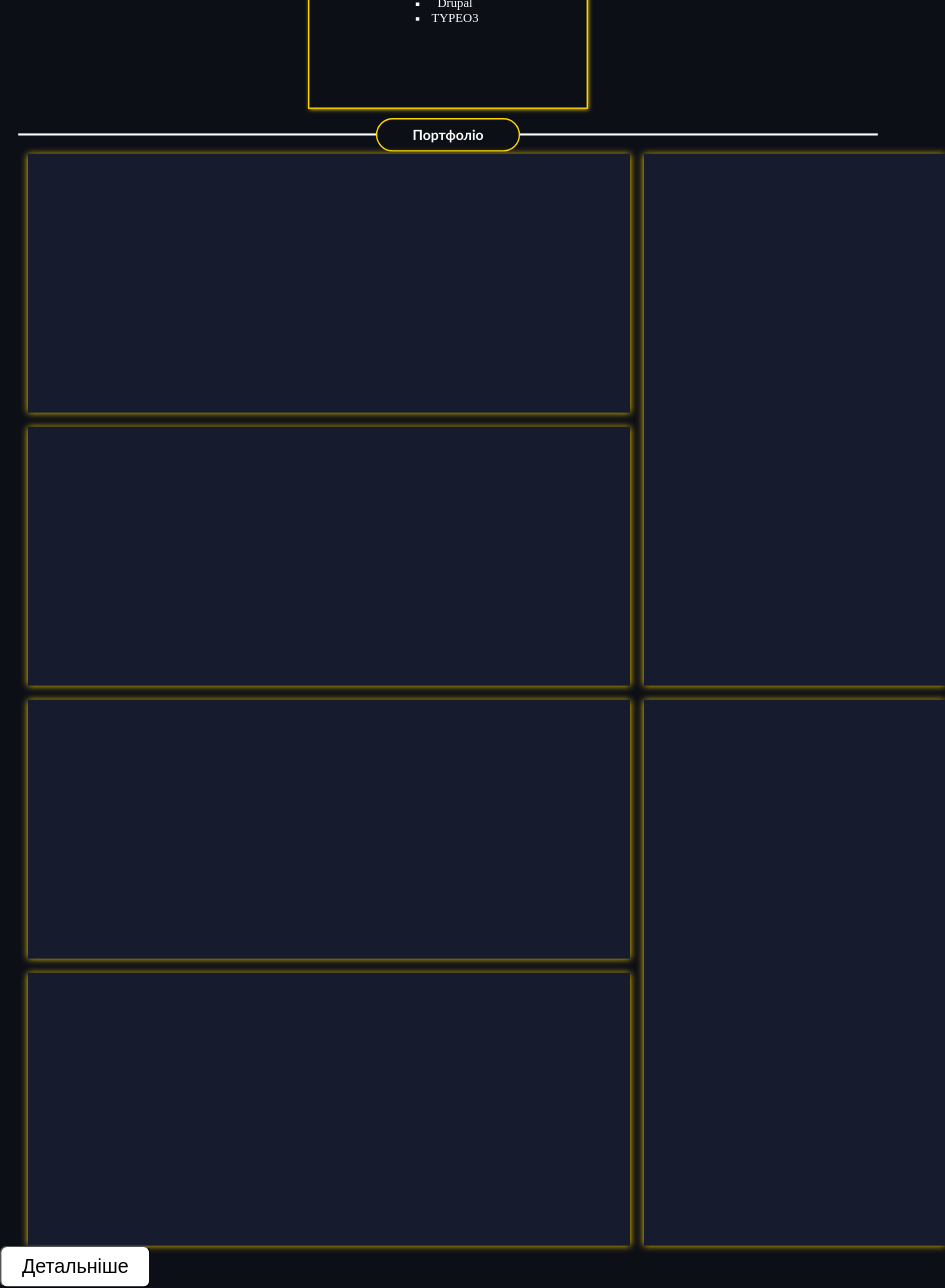
Repository: qtqqrdy13/cv-2
Page: index.html
An editor plug-in stored every save of this project. The page is shown before and after the next save, followed by the edit.
The browser window is 1280 px wide. The page is 1350 px wide, so the pictures cover 1350 px, including what lies to the right of the window. The pictures show the part of the page from y = 2761 to 4601 px (the page is 4601 px tall), at 70% of full size.

Above is the page before, as saved 2023-10-09 18:02:01.

### index.html
<!DOCTYPE html>
<html lang="en">

<head>
    <link rel="stylesheet" href="main.css">
    <meta charset="UTF-8">
    <meta name="viewport" content="width=device-width, initial-scale=1.0">
    <title>Батуров Олексій</title>
</head>

<body>
    <!--Navigation-->
    <header>
        <div class="logo">
            <img src="../My-CV Леша/image/media/logo.png" alt="logo">
        </div>
        <nav>
            <ul>
                <li><a href="">Головна</a></li>
                <li><a href="#about">Про мене</a></li>
                <li><a href="#skills">Мої скіли</a></li>
                <li><a href="#portfolio">Портфоліо</a></li>
                <li><a href="">Контакти</a></li>
            </ul>
        </nav>
    </header>
    <!--Navigation-->

    <!--Two images-->
    <div class="container-top">
        <div class="img-container">
            <img class="img-1" src="../cv 2/image/code.gif" alt="">
            <img class="img-2" src="../cv 2/image/photo_2023-09-09_18-51-06.jpg" alt="">
        </div>
        <!--Two images-->

        <!--About Oleksiy-->
        <div class="container-text">
            <div id="about"></div>
            <div class="text-block">
                <h1>Олексій Батуров</h1>
            </div>
        </div>
    </div>
    <div class="description">
        <p>Я професіонал, чия пристрасть до веб-розробки
            помітна в кожному рядку коду, який я створюю.
            За час моєї практики я набув глибоких знань у
            різних галузях веб-технологій, включаючи HTML,
            CSS, JavaScript, а також популярні фреймворки
            та бібліотеки. Мої навички дозволяють мені
            створювати унікальні та сучасні веб-сайти,
            які поєднують у собі функціональність, стиль
            та оптимальну продуктивність. </p>
    </div>
    <!--About Oleksiy-->

    <!--Edge-->
    <div id="about_us">
        <div class="announcement">
            <h2 class="title">
                Скіли
            </h2>
        </div>
    </div>
    <!--Edge-->

    <!--Skills-->
    <div class="container">
        <div id="skills"></div>
        <div class="row">
            <div class="block">
                <h2>Скіли Дизайнера</h2>
                <div class="content">
                    <ul>
                        <li>Figma</li>
                        <li>Photoshop</li>
                        <li>Illustrator</li>
                        <li>Scratch</li>
                        <li>AdobeXD</li>
                        <li>Corel Draw</li>
                    </ul>
                </div>
            </div>
            <div class="block">
                <h2>Скіли Front-End розробника</h2>
                <div class="content">
                    <ul>
                        <li>HTML</li>
                        <li>CSS</li>
                        <li>JavaScript</li>
                        <li>ReactJS</li>
                        <li>ReactNative</li>
                        <li>AngularJS</li>
                        <li>NodeJS</li>
                        <li>VueJS</li>
                        <li>JQuerry</li>
                        <li>TypeScript</li>
                        <li>PHPMyAdmin</li>
                    </ul>
                </div>
            </div>
            <div class="block">
                <h2>Володіння CMS - платформами</h2>
                <div class="content">
                    <ul>
                        <li>WordPress</li>
                        <li>OpenCard</li>
                        <li>Joomla</li>
                        <li>Drupal</li>
                        <li>TYPEO3</li>
                    </ul>
                </div>
            </div>
        </div>
    </div>
    <!--Skills-->

    <!--Edge-->
    <div id="about_us">
        <div class="announcement">
            <h2 class="title">
                Портфоліо
            </h2>
        </div>
    </div>
    <!--Edge-->

    <!--Portfolio-->
    <div class="angry-grid">
        <div id="portfolio"></div>

        <div id="item-0">&nbsp;</div>
        <div id="item-1">&nbsp;</div>
        <div id="item-2">&nbsp;</div>
        <div id="item-3">&nbsp;</div>
        <div id="item-4">&nbsp;</div>
        <div id="item-5">&nbsp;</div>

    </div>
    <button class="details_btn">Детальніше</button>
    <!--Portfolio-->


</body>

</html>

### main.css
body {
    background-color: #0d0f17;
    margin: 0;
    padding: 0;

}
/*Navigation*/
header {
    background-color: #161C2E;
    color: white;
    padding: 10px 0px;
    position: fixed;
    top: 0;
    width: 100%;
    display: flex;
    justify-content: space-between;
    align-items: center;
    z-index: 1000;
}

.logo img {
    height: 50px;
    margin-left: 50px;
}

nav ul {
    list-style: none;
    margin-right: 50px;
}

nav li {
    display: inline;
    margin-right: 50px;
}

nav a {
    text-decoration: none;
    color: white;
    font-weight: bold;
    font-size: 18px;
}

nav a:hover {
    color: gold;
    font-size: 24px;
    text-shadow: 0 0 10px gold;


}
/*Two images*/
.container-top {
    display: flex;
    flex-direction: column;
    align-items: center;
    width: 100%;
    overflow: visible;
    position: relative;
}

.img-container {
    width: 100%;
    max-width: 100vw;
    position: relative;
    overflow: visible;
    order: 1;
}

.img-1 {
    width: 100%;
    height: 500px;
    position: relative;
    animation: slideUp 2s ease-in-out infinite alternate;
}

.img-2 {
    width: 400px;
    height: 400px;
    max-width: 100%;
    position: absolute;
    top: calc(60% + 10%);
    ;
    left: 50%;
    transform: translateX(-50%);
    z-index: 2;
    border-radius: 50%;
}

@keyframes slideUp {
    0% {
        transform: translateY(0);
    }

    100% {
        transform: translateY(-20px);
    }
}

@media screen and(max-width: 768px) {
    .container {
        padding: 2px;
    }

    .img-1,
    .img-2 {
        height: auto;
    }
}
/*About Oleksiy*/
.container-text {
    display: flex;
    flex-direction: column;
    align-items: center;
    justify-content: center;
    height: 100vh;
    order: 2;
}

.text-block {
    width: 400px;
    height: 214px;
    font-size: 60px;
    text-align: center;
    color: white;
    animation: fadeIn 2s ease-in-out;
    margin: 0 auto;
}

.description {
    width: 700px;
    height: 256px;
    text-align: center;
    color: white;
    animation: slideIn 2s ease-in-out;
    margin: 0 auto;
    margin-bottom: 10%;
}

@keyframes fadeIn {
    0% {
        opacity: 0;
    }

    100% {
        opacity: 1;
    }
}

@keyframes slideIn {
    0% {
        transform: translateY(-20px);
        opacity: 0;
    }

    100% {
        transform: translateY(0);
        opacity: 1;
    }
}

/* Адаптация для мелких скринов */
@media (max-width: 600px) {
    .text-block {
        font-size: 36px;
    }

    .description {
        font-size: 18px;
    }
}

/* Адаптация для планшей */
@media (min-width: 601px) and (max-width: 1024px) {
    .text-block {
        font-size: 48px;
    }

    .description {
        font-size: 24px;
    }
}

@media (min-width: 1025px) {
    .text-block {
        font-size: 72px;
    }

    .description {
        font-size: 30px;
    }
}
/*Edge*/
.announcement {
    height: 3px;
    background-color: white;
    display: flex;
    justify-content: center;
    align-items: center;
    margin: 2% 2%;
}

.title {
    animation-name: fade-in;
    animation-duration: 0.3s;
    text-align: center;
    text-decoration: none;
    color: white;
    border: 2px solid gold;
    background-color: #0d0f17;
    border-radius: 30px;
    padding: 10px 50px;
}

.title:hover {

    color: gold;
    font-size: 26px;
    box-shadow: 0 0 6px gold;
}

@keyframes fade-in {
    from {
        opacity: 0;
    }

    to {
        opacity: 1;
    }
}
/*Skills*/
.container {
    display: flex;
    flex-direction: column;
    align-items: center;
}

.row {
    display: flex;
    flex-wrap: wrap;
    justify-content: space-between;
}

.block {
    border: 2px solid gold;
    margin: 10px;
    padding: 20px;
    animation: fade-in 1s ease-in-out;
    width: calc(50% - 20px);
    height: 400px;
    box-shadow: 1px 1px 6px gold;
    text-align: center;
    box-sizing: border-box;
    display: flex;
    flex-direction: column;
    justify-content: flex-start;
    align-items: center;
}

.block:hover {
    box-shadow: 2px 2px 12px gold;
}

h2 {
    font-size: 20px;
    font-family: 'Trebuchet MS', 'Lucida Sans Unicode', 'Lucida Grande', 'Lucida Sans', Arial, sans-serif;
    margin-top: 10px 0 0 0;
    color: white;
}

.content {
    display: flex;
    flex-direction: column;
    align-items: center;
    justify-content: center;
    height: 100%;
}

.content ul {
    list-style-type: square;
    padding-left: 20px;
    margin: 0;
}

h2:hover {
    font-size: 21px;
    text-shadow: 0px 0px 12px white;
}

.content li {
    font-size: 18px;
    color: white;
}

.content li:hover {
    font-size: 19px;
    text-shadow: 0px 0px 12px white;
}

@keyframes fade-in {
    0% {
        opacity: 0;
    }

    100% {
        opacity: 1;
    }
}

@media screen and (max-width: 1024px) {
    .block {
        padding: 10px;
        width: calc(50% - 20px);
        height: 250px;
    }

    .block h2 {
        font-size: 18px;
    }

    .content li {
        font-size: 16px;
    }
}

@media screen and (max-width: 750px) {
    .block {
        padding: 10px;
        width: calc(50% - 20px);
        height: 200px;
    }

    .block h2 {
        font-size: 16px;
    }

    .content li {
        font-size: 14px;
    }
}


@media screen and (min-width: 1200px) {
    .block {
        width: 400px;
        height: 400px;
    }

    .row {
        justify-content: center;
        width: calc(65% - 10px)
    }
}
/*Portfolio*/
.angry-grid {
    display: grid;
    grid-template-rows: 1fr 1fr 1fr 1fr;
    grid-template-columns: 1fr 1fr 1fr 1fr 1fr;
    margin: 0 auto;
    max-width: 1200px;
    padding: 0 15px;
}

#item-0 {
    background-color: #161C2E;
    grid-row-start: 1;
    grid-column-start: 1;
    grid-row-end: 2;
    grid-column-end: 3;
    margin-bottom: 20px;
    width: 860px;
    height: 370px;
    box-shadow: 0 0 10px gold;
}
#item-0:hover{
    box-shadow: 0 0 18px gold;
    border-radius: 10px;
}

#item-1 {
    background-color: #161C2E;
    grid-row-start: 1;
    grid-column-start: 3;
    grid-row-end: 3;
    grid-column-end: 4;
    margin-left: 20px;
    width: 430px;
    height: 760px;
    box-shadow: 0 0 10px gold;
}

#item-1:hover{
    box-shadow: 0 0 18px gold;
    border-radius: 10px;
}

#item-2 {
    background-color: #161C2E;
    grid-row-start: 2;
    grid-column-start: 1;
    grid-row-end: 3;
    grid-column-end: 3;
    margin-bottom: 20px;
    box-shadow: 0 0 10px gold;
}

#item-2:hover{
    box-shadow: 0 0 18px gold;
    border-radius: 10px;
}

#item-3 {
    background-color: #161C2E;
    grid-row-start: 3;
    grid-column-start: 1;
    grid-row-end: 4;
    grid-column-end: 3;
    margin-bottom: 20px;
    box-shadow: 0 0 10px gold;
}

#item-3:hover{
    box-shadow: 0 0 18px gold;
    border-radius: 10px;
}

#item-4 {
    background-color: #161C2E;
    grid-row-start: 4;
    grid-column-start: 1;
    grid-row-end: 5;
    grid-column-end: 3;
    box-shadow: 0 0 10px gold;
}

#item-4:hover{
    box-shadow: 0 0 18px gold;
    border-radius: 10px;
}

#item-5 {
    background-color: #161C2E;
    grid-row-start: 3;
    grid-column-start: 3;
    grid-row-end: 5;
    grid-column-end: 4;
    margin-left: 20px;
    box-shadow: 0 0 10px gold;
}

#item-5:hover{
    box-shadow: 0 0 18px gold;
    border-radius: 10px;
}
/* Медиа-запрос для маленьких экранов (например, ноутбуки) */
@media (max-width: 768px) {
    .angry-grid {
        grid-template-columns: 1fr 1fr; /* Изменяем количество столбцов на 2 */
        max-width: 768px; /* Занимать всю доступную ширину */
        margin-left: 0;
    }
}
@media (min-width: 1313px) {
    .angry-grid {
        max-width: 1313px; /* Занимать всю доступную ширину */
        padding: 45px 20px;
    }
}
.details_btn {
    width: 215px;
    height: 60px;
    background-color:white;
    color: black;
    font-size:28px;
    border-radius:10px;
    margin:0 auto;

}

After the next save:
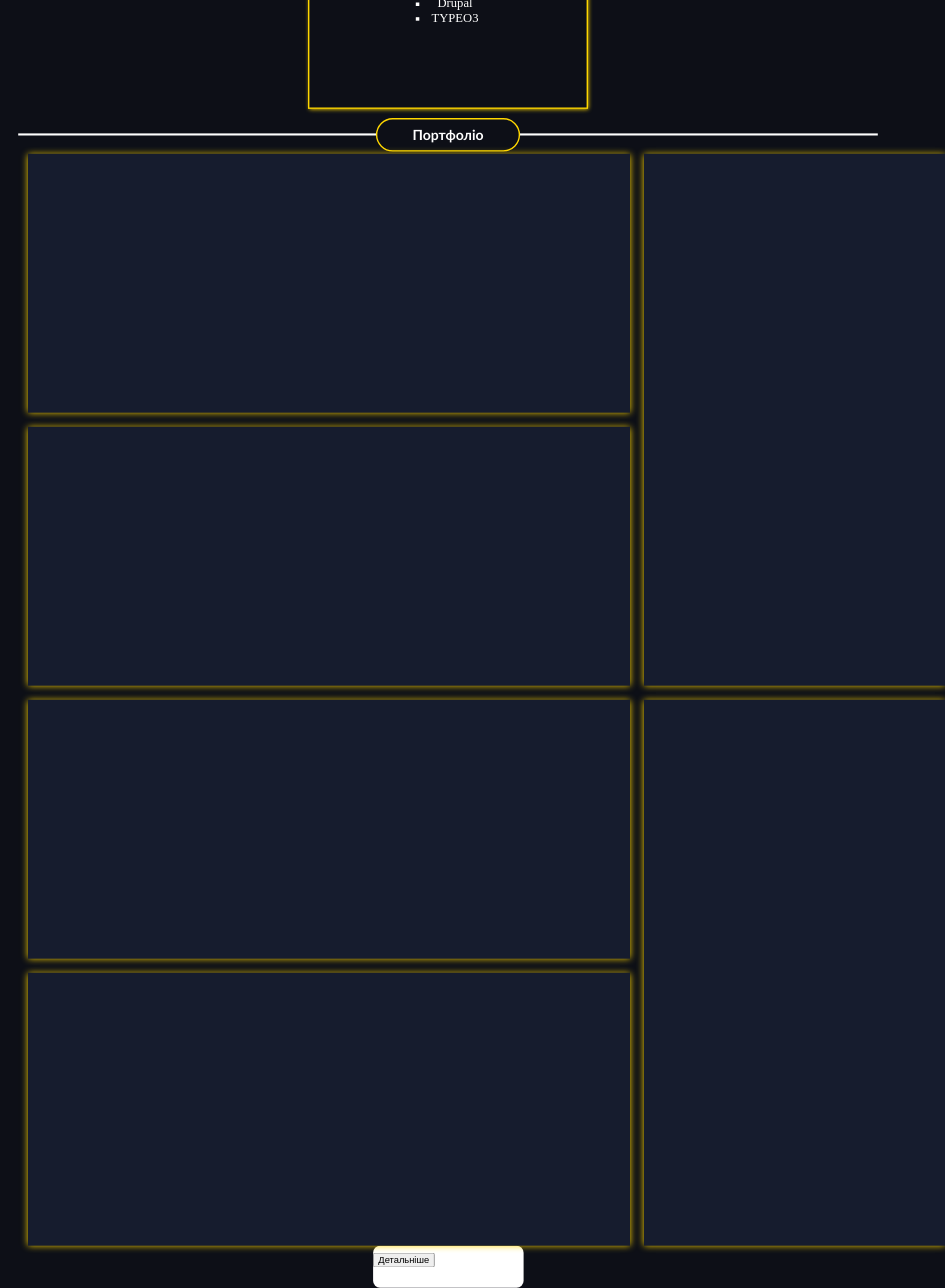
Saved 101 s later.
--- a/index.html
+++ b/index.html
@@ -138,8 +138,11 @@
         <div id="item-5">&nbsp;</div>
 
     </div>
-    <button class="details_btn">Детальніше</button>
+    <div class="details_btn">
+    <button>Детальніше</button>
+    </div>
     <!--Portfolio-->
+
 
 
 </body>
